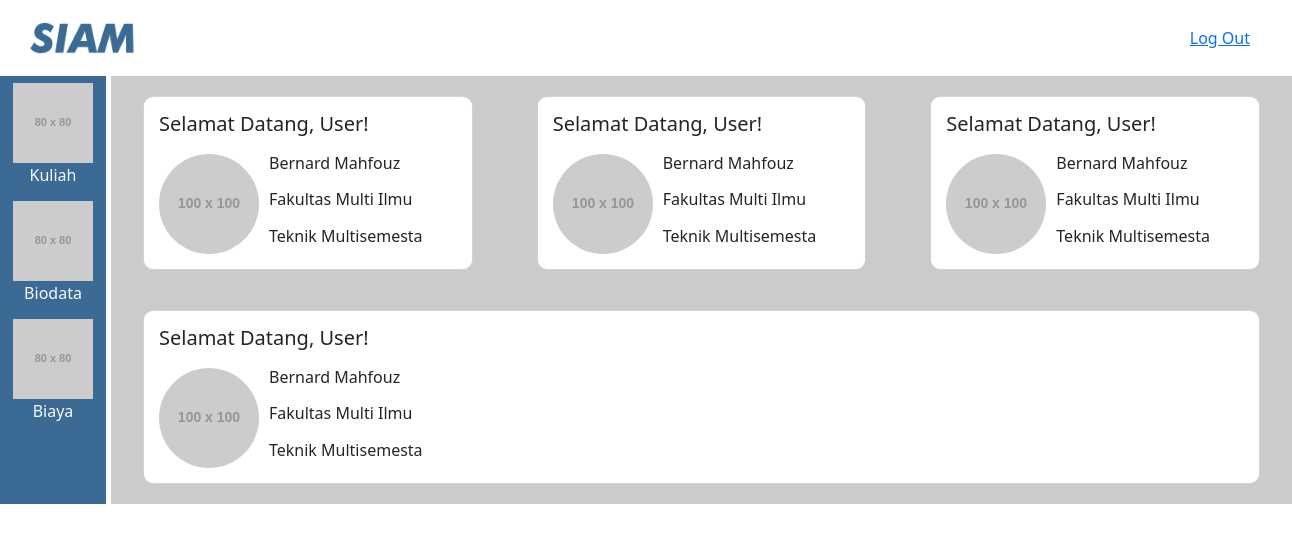
Repository: haikalirf/Project-IMK
Page: kuliah.html
These files come from the project's save history. The page is drawn as it stood at one moment and after the next save; the edit follows.
The browser window is 1280 px wide. The page is 1292 px wide, so the pictures cover 1292 px, including what lies to the right of the window. The pictures show the whole page.

Above is the page before, as saved 2022-12-10 13:50:29.

### kuliah.html
<!DOCTYPE html>
<html lang="en">
<head>
	<meta charset="UTF-8">
	<meta http-equiv="X-UA-Compatible" content="IE=edge">
	<meta name="viewport" content="width=device-width, initial-scale=1.0">
	<title>SIAM</title>
	<link rel="icon" href="/assets/logo_ub.ico">
	<link rel="stylesheet" href="https://cdn.jsdelivr.net/npm/bootstrap@5.2.3/dist/css/bootstrap.min.css" integrity="sha384-rbsA2VBKQhggwzxH7pPCaAqO46MgnOM80zW1RWuH61DGLwZJEdK2Kadq2F9CUG65" crossorigin="anonymous">
	<link rel="stylesheet" href="/styles/kuliah.css">
</head>
<body>
	<nav class="navbar" id="navbar">
		<a class="navbar-brand" href="/kuliah.html">
			<img id="navbar-image" src="/assets/SIAM.png" alt="SIAM">
		</a>
		<a class="navbar-link" href="#">Log Out</a>
	</nav>
	<div id="content">
		<div id="sidebar">
			<a class="btn" href="">
				<img id="sidebar-kuliah" src="https://via.placeholder.com/80" alt="Kuliah">
				<br>
				<label for="sidebar-kuliah">Kuliah</label>
			</a>
			<a class="btn" href="">
				<img id="sidebar-biodata" src="https://via.placeholder.com/80" alt="Biodata">
				<br>
				<label for="sidebar-biodata">Biodata</label>
			</a>
			<a class="btn" href="">
				<img id="sidebar-biaya" src="https://via.placeholder.com/80" alt="Biaya">
				<br>
				<label for="sidebar-biaya">Biaya</label>
			</a>
		</div>
		<main>
			<div class="row main-rows">
				<div class="col">
					<div class="card" id="card-user">
						<h5 class="card-title">Selamat Datang, User!</h5>
						<div class="card-body">
							<img class="rounded-circle" src="https://via.placeholder.com/100" alt="User Image">
							<div class="card-text-group">
								<h6>Bernard Mahfouz</h6>
								<h6>Fakultas Multi Ilmu</h6>
								<h6>Teknik Multisemesta</h6>
							</div>
						</div>
					</div>
				</div>
				<div class="col">
					<div class="card" id="card-user">
						<h5 class="card-title">Selamat Datang, User!</h5>
						<div class="card-body">
							<img class="rounded-circle" src="https://via.placeholder.com/100" alt="User Image">
							<div class="card-text-group">
								<h6>Bernard Mahfouz</h6>
								<h6>Fakultas Multi Ilmu</h6>
								<h6>Teknik Multisemesta</h6>
							</div>
						</div>
					</div>
				</div>
				<div class="col">
					<div class="card" id="card-user">
						<h5 class="card-title">Selamat Datang, User!</h5>
						<div class="card-body">
							<img class="rounded-circle" src="https://via.placeholder.com/100" alt="User Image">
							<div class="card-text-group">
								<h6>Bernard Mahfouz</h6>
								<h6>Fakultas Multi Ilmu</h6>
								<h6>Teknik Multisemesta</h6>
							</div>
						</div>
					</div>
				</div>
				<div class="col">
					<div class="card" id="card-user">
						<h5 class="card-title">Selamat Datang, User!</h5>
						<div class="card-body">
							<img class="rounded-circle" src="https://via.placeholder.com/100" alt="User Image">
							<div class="card-text-group">
								<h6>Bernard Mahfouz</h6>
								<h6>Fakultas Multi Ilmu</h6>
								<h6>Teknik Multisemesta</h6>
							</div>
						</div>
					</div>
				</div>
			</div>

		</main>
	</div>
	<script src="https://cdn.jsdelivr.net/npm/bootstrap@5.2.3/dist/js/bootstrap.bundle.min.js" integrity="sha384-kenU1KFdBIe4zVF0s0G1M5b4hcpxyD9F7jL+jjXkk+Q2h455rYXK/7HAuoJl+0I4" crossorigin="anonymous"></script>
</body>
</html>

### styles/kuliah.css
*, *::before, *::after {
	box-sizing: border-box;
}

#navbar {
	display: flex;
	justify-content: space-between;
	margin: 0px 30px;
}

#navbar-image {
	height: 50px;
}

#content {
	display: flex;
}

#sidebar {
	background-color: #3b6a94;
	display: flex;
	flex-direction: column;
}

a img, a label {
	color: #f9f9f9;
}

main {
	width: 100%;
}

.main-rows{
	background-color: #cbcbcb;
	margin-left: 5px;
}

.card {
	margin: 20px;
	padding: 15px;
	border-radius: 10px;
}

.card-body{
	display: flex;
	padding: 10px 0px 0px;
}

.card-text-group {
	margin-left: 10px;
	display: flex;
	flex-direction: column;
	justify-content: space-between;
}

After the next save:
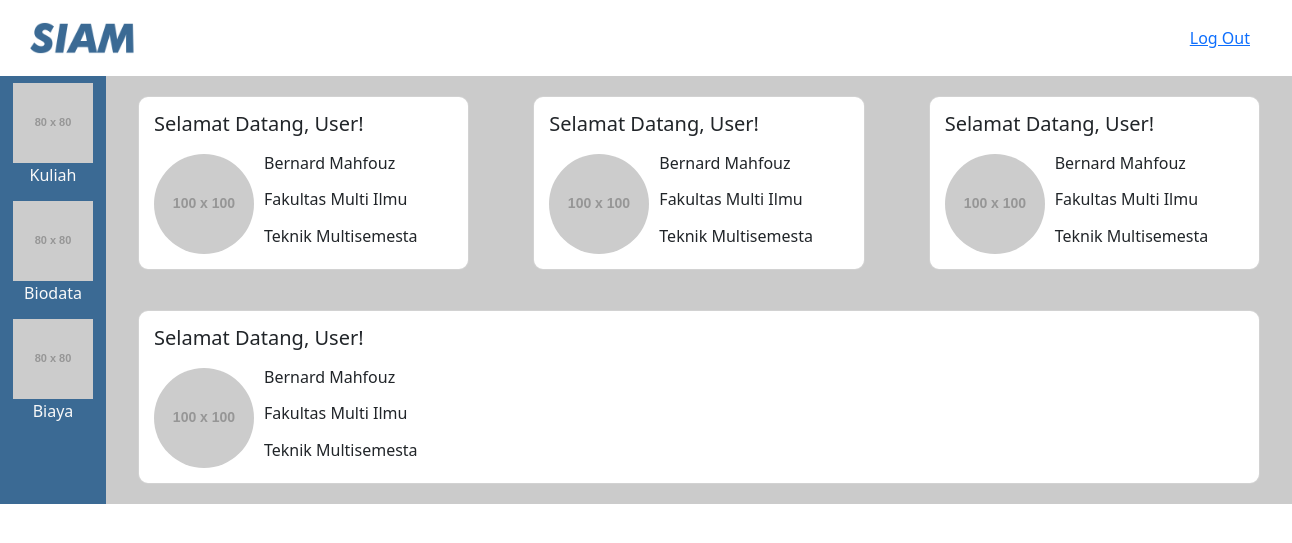
Saved 12 s later.
--- a/styles/kuliah.css
+++ b/styles/kuliah.css
@@ -32,7 +32,7 @@ main {
 
 .main-rows{
 	background-color: #cbcbcb;
-	margin-left: 5px;
+	margin-left: 0px;
 }
 
 .card {
